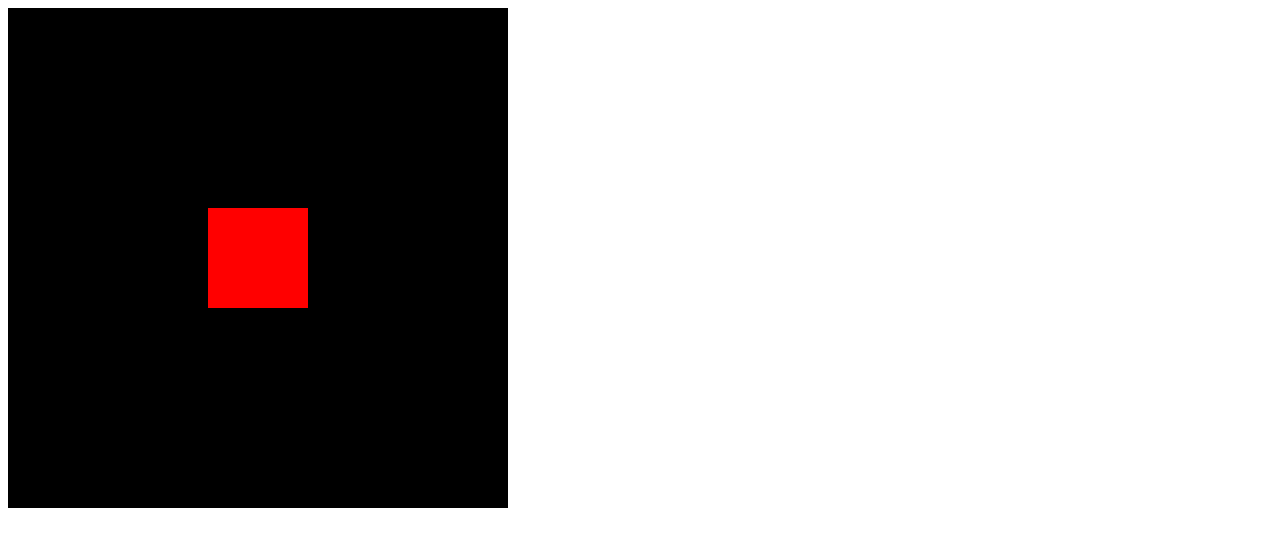
Repository: WAY-C/JSCodes
Page: 笔面试题/编程题/元素垂直居中/元素垂直居中.html
The author's editor kept a copy of each file at every save. The page is drawn from the files as they stood at one save, then again after the next save.
The browser window is 1280 px wide. The pictures show the whole page.

Above is the page before, as saved 2021-09-06 21:50:09.

After the next save:
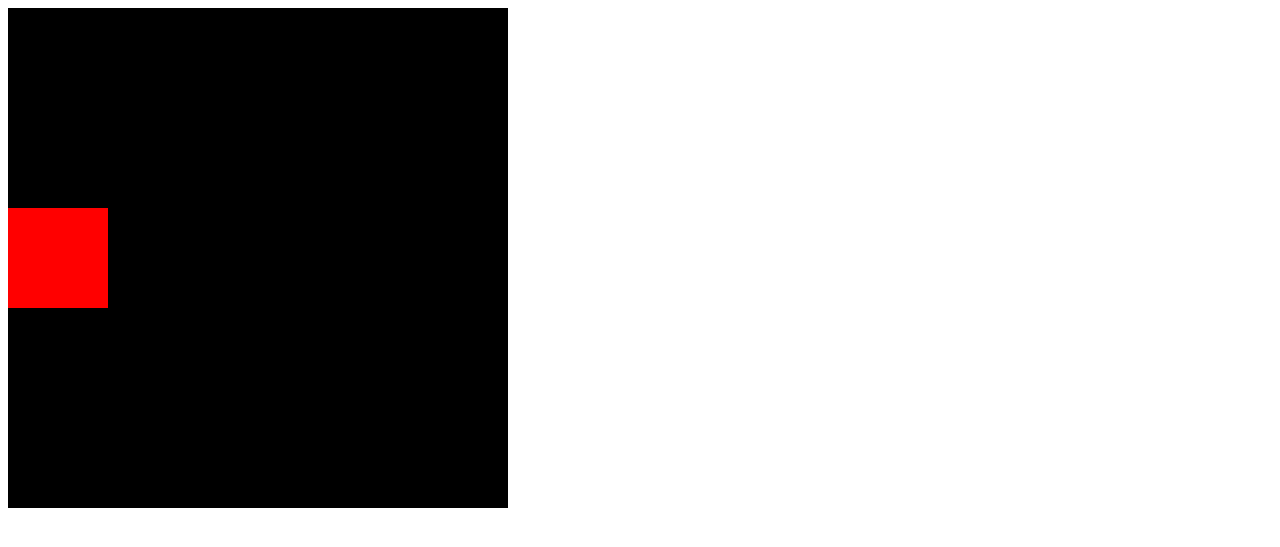
Saved 22 s later.
--- a/笔面试题/编程题/元素垂直居中/元素垂直居中.html
+++ b/笔面试题/编程题/元素垂直居中/元素垂直居中.html
@@ -62,9 +62,9 @@
             height: 100px;
             background: #f00;
             top: 0;
-            right: 0;
+            /* right: 0; */
             bottom: 0;
-            left: 0;
+            /* left: 0; */
             margin: auto;
         }
 
